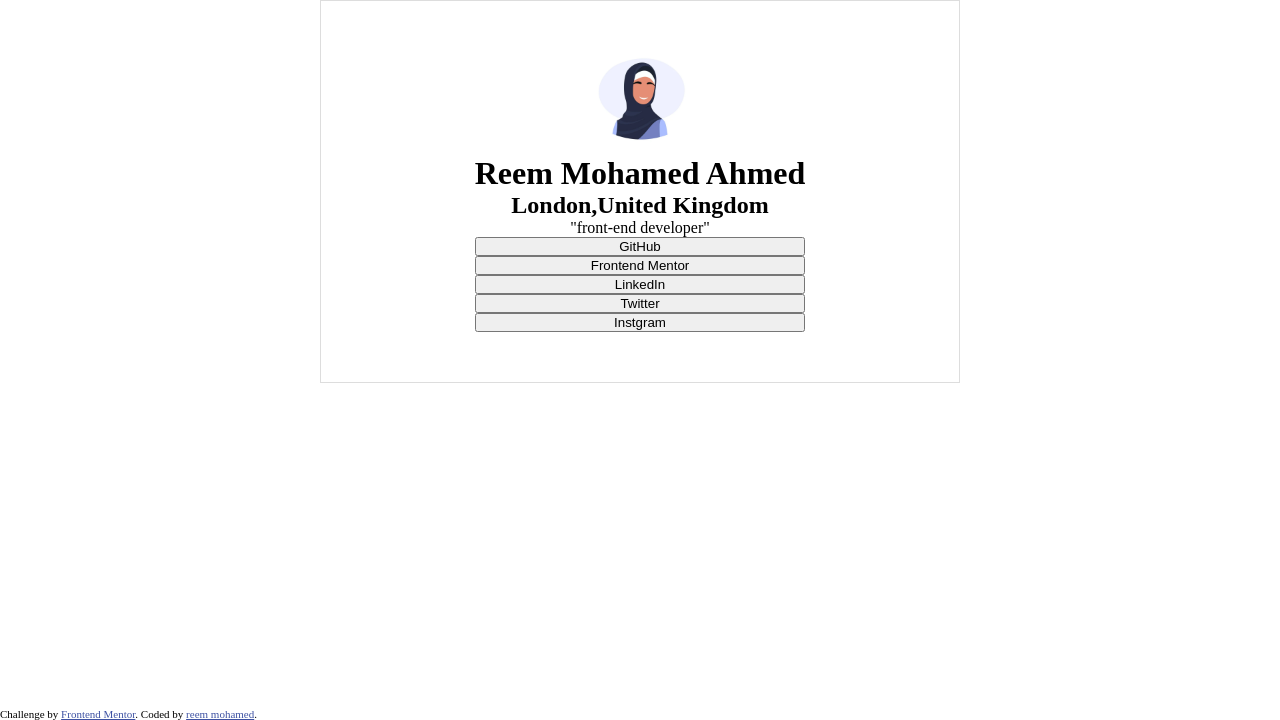
Repository: reemoon-ctrl/social_links_profile_main
Page: index.html
These files come from the project's save history. The page is drawn as it stood at one moment and after a run of saves; the edit follows.
The browser window is 1280 px wide. The pictures show the whole page.

Above is the page before, as saved 2024-07-23 10:13:35.

### index.html
<!DOCTYPE html>
<html lang="en">
<head>
  <meta charset="UTF-8">
  <meta name="viewport" content="width=device-width, initial-scale=1.0"> <!-- displays site properly based on user's device -->

  <link rel="icon" type="image/png" sizes="32x32" href="./assets/images/favicon-32x32.png">

  <title>Frontend Mentor | Social links profile</title>

  <!-- Feel free to remove these styles or customise in your own stylesheet 👍 -->
  <style>
    .attribution { font-size: 11px; text-align: center; }
    .attribution a { color: hsl(228, 45%, 44%); }
  </style>
  <link rel="stylesheet" href="index.css"/>
</head>
<body>
  <main>
    <div class="position-container">
      <div class="container">
      <!-- <div class="head-container"> -->
      <img src="/depositphotos_668859444-stock-illustration-arab-woman-face-covered-hijab.jpg" alt="person-img">
      <h1>Reem Mohamed Ahmed</h1>
      <h2>London,United Kingdom</h2>
      <p>"front-end developer"</p>
      <!-- </div> -->
      <div class="form-container">
      <button>GitHub</button>
      <button>Frontend Mentor</button>
      <button>LinkedIn</button>
      <button>Twitter</button>
      <button>Instgram</button>
      </div>
    </div>
    </div>
 </main>
 <footer>
    <div class="attribution">
      Challenge by <a href="https://www.frontendmentor.io?ref=challenge" target="_blank">Frontend Mentor</a>.
      Coded by <a href="https://www.frontendmentor.io/reemoon-ctrl">reem mohamed</a>.
    </div>
 </footer>
</body>
</html>

### index.css
*{
    box-sizing: border-box;
    margin:0px;
    padding: 0px;
}
html{

}
body{
    position: relative;

    min-height: 100vh;

}
.position-container{
    display: flex;
    flex-direction: column;
    border:1px solid #ddd;
    margin :auto;
    width: 50%;
    padding:50px;
    min-height:;
    align-items: center;
    justify-content: center;
    text-align: center;

}

.form-container button{
    width:100%;



}
img{
    width: 100px;
    height: 100px;
}
button{
    display: block;
}
footer{
    position: absolute;
    bottom: 0px;
    margin: auto;
}

After the next 2 saves:
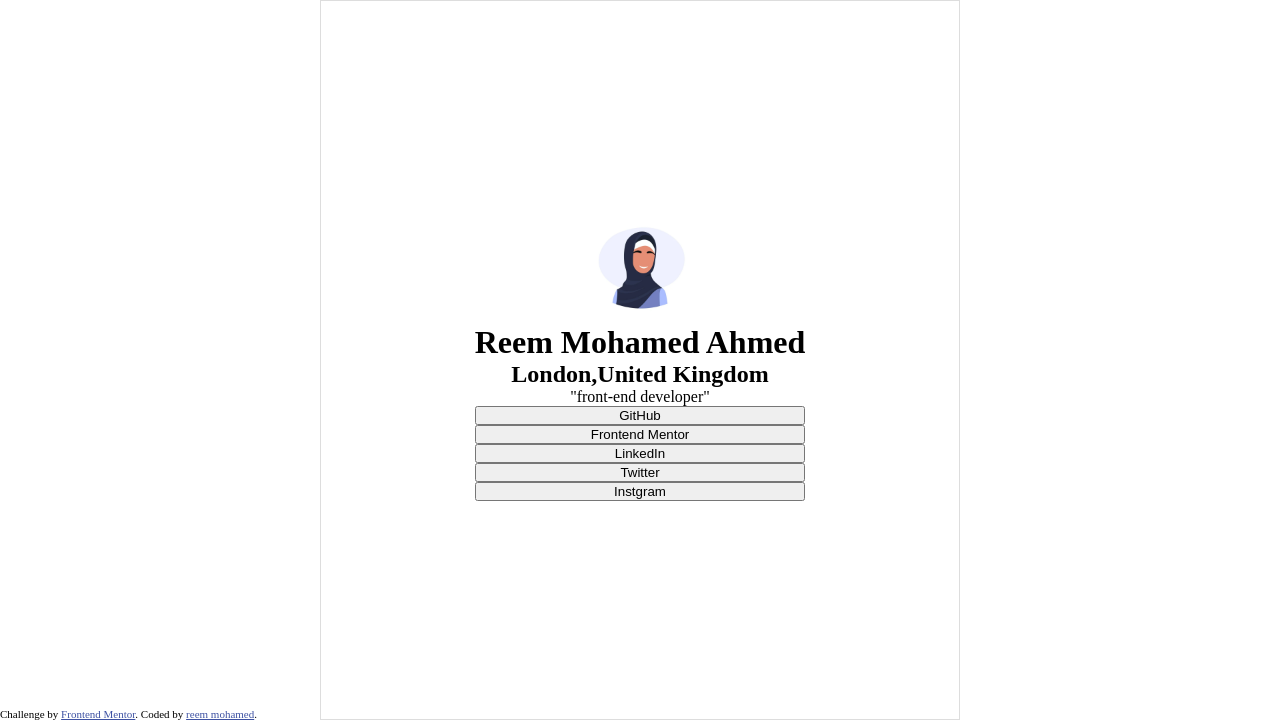
The 2 saves are shown as one change because they came seconds apart.
The last was saved 10 s later.
--- a/index.css
+++ b/index.css
@@ -19,7 +19,7 @@ body{
     margin :auto;
     width: 50%;
     padding:50px;
-    min-height:;
+    min-height:100vh;
     align-items: center;
     justify-content: center;
     text-align: center;
